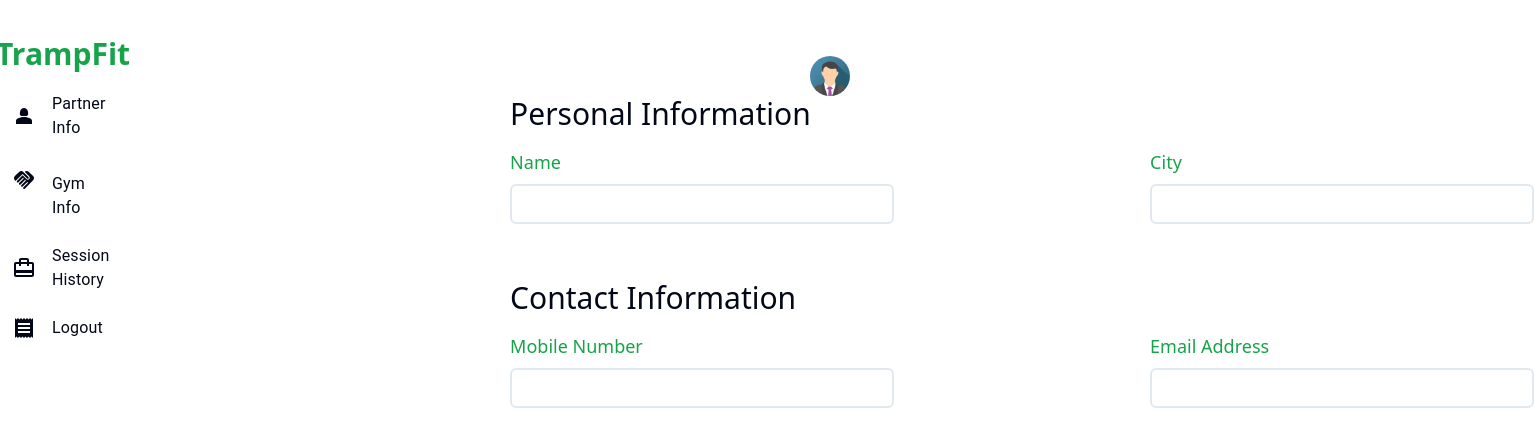
Repository: ezioxatul/TrampFit-Website
Page: /partner/partnerDashboard/partnerInfo (app in Frontend/)
The author's editor kept a copy of each file at every save. The page is drawn from the files as they stood at one save, then again after the next save.
The browser window is 1280 px wide. The page is 1534 px wide, so the pictures cover 1534 px, including what lies to the right of the window. The pictures show the whole page.
The project was rebuilt for these pictures with package versions that can differ from the ones it lists, and the page was loaded fresh each time. The framework's server and built-in components were replaced by stand-ins that run in the browser. Also part of the build but not shown: Frontend/next.config.js, Frontend/next.config.mjs, Frontend/components/Loader.js, Frontend/components/Popup.js.

Above is the page before, as saved 2024-05-16 17:28:50.

After the next save:
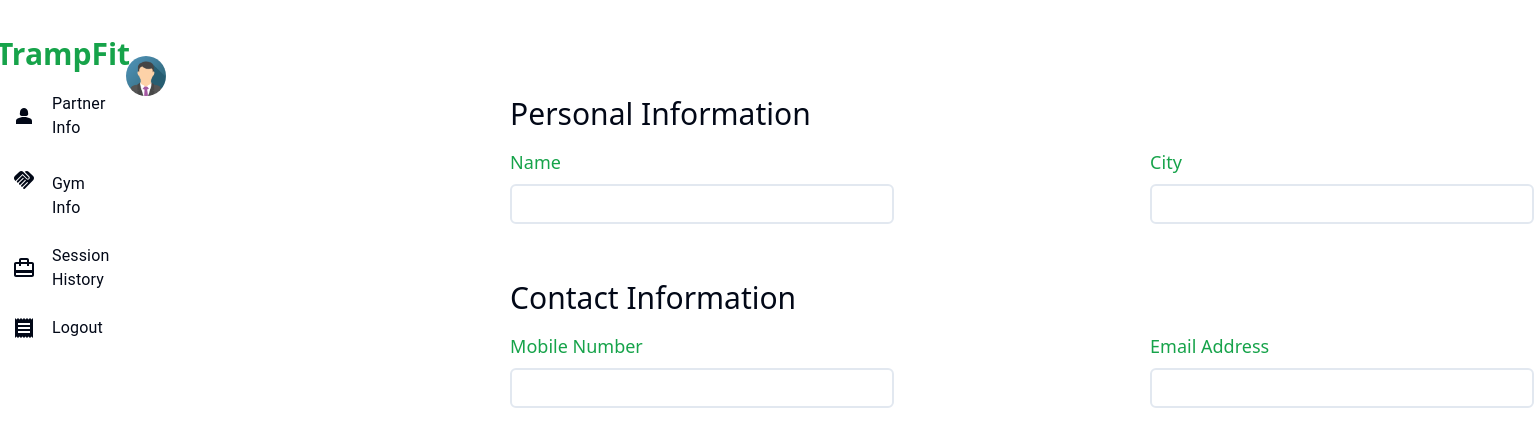
Saved 14 s later.
--- a/Frontend/pages/partner/partnerDashboard/partnerInfo.js
+++ b/Frontend/pages/partner/partnerDashboard/partnerInfo.js
@@ -12,7 +12,7 @@
       <PartnerSideBar />
       <div className="flex flex-col">
         <div className=" flex">
-          <div className=" mx-auto mt-12">
+          <div className=" mt-12">
             <Avatar
               className=" w-36 h-36 text-6xl bg-black"
               src="/avtar.png"

After the save that followed:
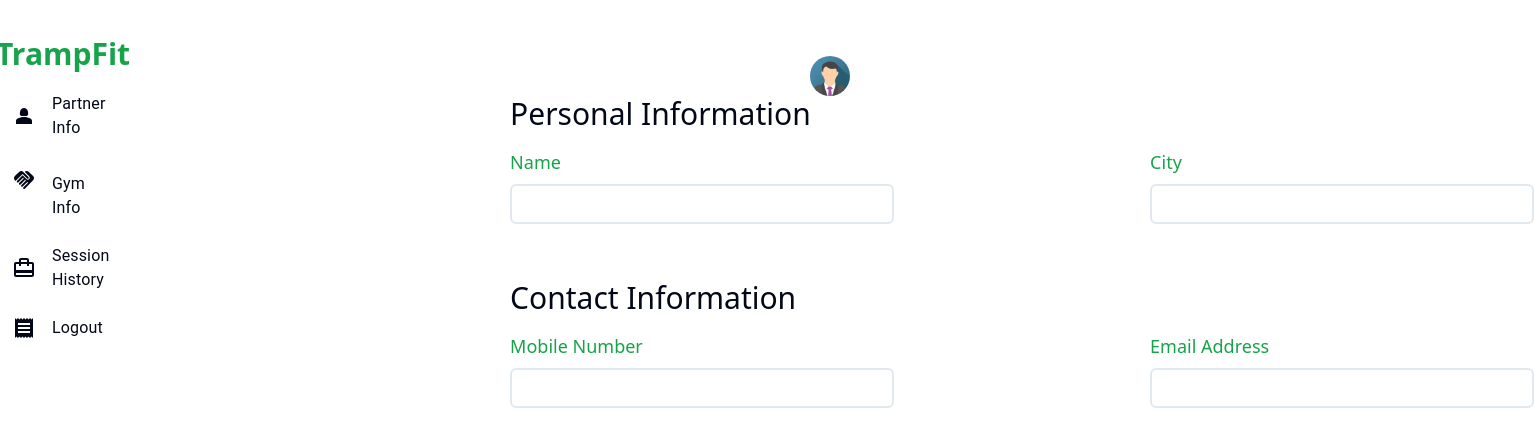
Saved 7 s later.
--- a/Frontend/pages/partner/partnerDashboard/partnerInfo.js
+++ b/Frontend/pages/partner/partnerDashboard/partnerInfo.js
@@ -12,7 +12,7 @@
       <PartnerSideBar />
       <div className="flex flex-col">
         <div className=" flex">
-          <div className=" mt-12">
+          <div className=" mx-auto mt-12">
             <Avatar
               className=" w-36 h-36 text-6xl bg-black"
               src="/avtar.png"
